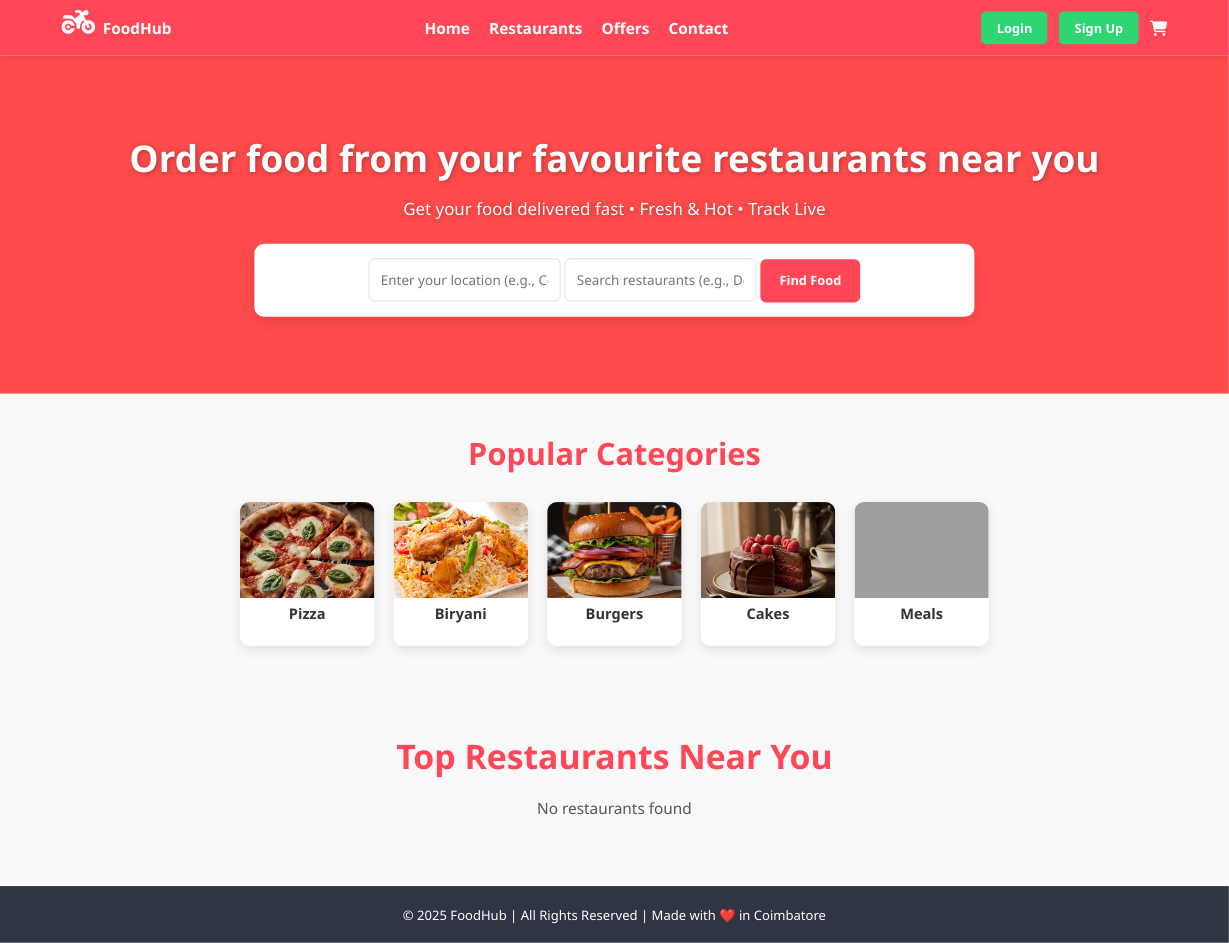
Repository: srinithiashoka/FoodDeliveryApp
Page: http://localhost/FoodDeliveryApp/home.jsp
An editor plug-in stored every save of this project. The page is shown before and after the next save, followed by the edit.
The browser window is 1280 px wide. The pictures show the whole page, at 96% of full size.
Pictures or frames that could not be fetched are drawn as grey boxes. The page is served by Tomcat 10. Other server files are loaded and not shown. Queries for data that is not in the repository find no rows.

Above is the page before, as saved 2025-12-03 09:54:14.

### FoodDeliveryApp/src/main/webapp/home.jsp
<%@ page language="java" contentType="text/html; charset=UTF-8" pageEncoding="UTF-8"%>
<%@ page import="java.util.List" %>
<%@ page import="com.foodapp.dao.RestaurantDAO" %>
<%@ page import="com.foodapp.dao.impl.RestaurantDAOImpl" %>
<%@ page import="com.foodapp.model.Restaurant" %>
<%@ page import="com.foodapp.model.User" %>

<%
    String location = request.getParameter("location");
    String restaurantName = request.getParameter("restaurant");
    boolean isSearchActive = (location != null && !location.trim().isEmpty()) || (restaurantName != null && !restaurantName.trim().isEmpty());

    RestaurantDAO dao = new RestaurantDAOImpl();
    List<Restaurant> restaurants;

    if (isSearchActive) {
        restaurants = dao.searchRestaurants(location, restaurantName);
    } else {
        restaurants = dao.getActiveRestaurants();
    }

    User user = (User) session.getAttribute("user");
    Integer cartCount = (Integer) session.getAttribute("cartCount");
    if (cartCount == null) cartCount = 0;
%>

<!DOCTYPE html>
<html lang="en">
<head>
    <meta charset="UTF-8">
    <meta name="viewport" content="width=device-width, initial-scale=1.0">
    <title>FoodHub - Food Delivery App | Coimbatore</title>
    <link rel="stylesheet" href="https://cdnjs.cloudflare.com/ajax/libs/font-awesome/6.5.0/css/all.min.css">
    <link rel="stylesheet" href="css/home.css">
</head>
<body>

<!-- NAVBAR -->
<header>
    <div class="container">
        <div class="navbar">
            <div class="logo">
                <i class="fa-solid fa-motorcycle scooter-icon"></i>
                <span>FoodHub</span>
            </div>

            <ul class="nav-menu">
                <li><a href="home.jsp">Home</a></li>
                <li><a href="#">Restaurants</a></li>
                <li><a href="#">Offers</a></li>
                <li><a href="#">Contact</a></li>
            </ul>

            <div class="nav-actions">
                <% if (user == null) { %>
                    <button class="btn btn-login" onclick="location.href='login.jsp'">Login</button>
                    <button class="btn btn-signup" onclick="location.href='signup.jsp'">Sign Up</button>
                <% } else { %>
                    <span>Welcome, <%= user.getUsername() %></span>
                <% } %>

                <div class="cart-icon-wrapper">
                    <a href="cart.jsp" title="View Cart (<%= cartCount %> items)">
                        <i class="fas fa-shopping-cart cart-icon"></i>
                    </a>
                    <% if (cartCount > 0) { %>
                        <span class="cart-badge"><%= cartCount %></span>
                    <% } %>
                </div>
            </div>
        </div>
    </div>
</header>

<!-- HERO SECTION -->
<section class="hero">
    <div class="container">
        <h1>Order food from your favourite restaurants near you</h1>
        <p>Get your food delivered fast • Fresh & Hot • Track Live</p>

        <!-- Search Card -->
        <div class="search-card">
            <form action="home.jsp" method="get" class="search-form">
                <input type="text" name="location" placeholder="Enter your location (e.g., Coimbatore)"
                       value="<%= location != null ? location : "" %>" class="search-input">
                <input type="text" name="restaurant" placeholder="Search restaurants (e.g., Domino's)"
                       value="<%= restaurantName != null ? restaurantName : "" %>" class="search-input">
                <button type="submit" class="search-btn">Find Food</button>
            </form>
        </div>
    </div>
</section>

<!-- CATEGORIES -->
<section class="categories">
    <div class="container">
        <h2>Popular Categories</h2>
        <div class="category-grid">
            <a href="home.jsp?restaurant=pizza" class="category-card">
                <img src="images/pizzas.jpg" alt="Pizza" loading="lazy">
                <p>Pizza</p>
            </a>
            <a href="home.jsp?restaurant=biryani" class="category-card">
                <img src="images/briyani.jpeg" alt="Biryani" loading="lazy">
                <p>Biryani</p>
            </a>
            <a href="home.jsp?restaurant=burger" class="category-card">
                <img src="images/burgers.jpg" alt="Burgers" loading="lazy">
                <p>Burgers</p>
            </a>
            <a href="home.jsp?restaurant=cake" class="category-card">
                <img src="images/cake.jpg" alt="Cakes" loading="lazy">
                <p>Cakes</p>
            </a>
            <a href="home.jsp?location=coimbatore" class="category-card">
                <img src="images/meals.jpeg" alt="Meals" loading="lazy">
                <p>Meals</p>
            </a>
        </div>
    </div>
</section>

<!-- RESTAURANTS -->
<section class="restaurants">
    <div class="container">
        <h2>
            <% if (location != null && !location.isEmpty()) { %>
                Restaurants in <%= location %>
            <% } else if (restaurantName != null && !restaurantName.isEmpty()) { %>
                Search Results for "<%= restaurantName %>"
            <% } else { %>
                Top Restaurants Near You
            <% } %>
        </h2>

        <div class="restaurant-grid">
            <% if (restaurants != null && !restaurants.isEmpty()) {
                for (Restaurant r : restaurants) { %>
                <a href="menu?action=byRestaurant&restaurantId=<%= r.getRestaurantId() %>" class="restaurant-card">
                    <% String imgPath = r.getImagePath();
                       if (imgPath == null || imgPath.isEmpty()) imgPath = "images/restaurants/default.jpg"; %>
                    <img src="<%= imgPath %>" alt="<%= r.getName() %>" loading="lazy">
                    <div class="restaurant-info">
                        <h3><%= r.getName() %></h3>
                        <div class="restaurant-meta">
                            <span><%= r.getCuisineType() %></span>
                            <span><%= r.getDeliveryTime() %></span>
                        </div>
                        <p><%= r.getAddress().length() > 50 ? r.getAddress().substring(0,50)+"..." : r.getAddress() %></p>
                    </div>
                </a>
            <% } } else { %>
                <p style="text-align:center; color:#555;">No restaurants found</p>
            <% } %>
        </div>
    </div>
</section>

<!-- FOOTER -->
<footer>
    <div class="container">
        <p>© 2025 FoodHub | All Rights Reserved | Made with ❤️ in Coimbatore</p>
    </div>
</footer>

</body>
</html>

### FoodDeliveryApp/src/main/java/com/foodapp/dao/RestaurantDAO.java
package com.foodapp.dao;

import java.util.List;
import com.foodapp.model.Restaurant;

public interface RestaurantDAO {
    boolean addRestaurant(Restaurant restaurant);
    boolean updateRestaurant(Restaurant restaurant);
    boolean deleteRestaurant(int restaurantId);
    Restaurant getRestaurantById(int restaurantId);
    List<Restaurant> getAllRestaurants();
    List<Restaurant> getActiveRestaurants();

    // ✅ New method for search
    List<Restaurant> searchRestaurants(String location, String name);
}

### FoodDeliveryApp/src/main/java/com/foodapp/dao/impl/RestaurantDAOImpl.java
package com.foodapp.dao.impl;

import com.foodapp.dao.RestaurantDAO;
import com.foodapp.model.Restaurant;
import com.foodapp.util.DBConnection;

import java.sql.*;
import java.util.ArrayList;
import java.util.List;

public class RestaurantDAOImpl implements RestaurantDAO {

    @Override
    public boolean addRestaurant(Restaurant r) {
        String sql = "INSERT INTO restaurants (name, cuisineType, deliveryTime, address, adminUserId, isActive, imagePath) VALUES (?, ?, ?, ?, ?, ?, ?)";
        try (Connection conn = DBConnection.getConnection();
             PreparedStatement ps = conn.prepareStatement(sql)) {
            ps.setString(1, r.getName());
            ps.setString(2, r.getCuisineType());
            ps.setString(3, r.getDeliveryTime());
            ps.setString(4, r.getAddress());
            ps.setInt(5, r.getAdminUserId());
            ps.setBoolean(6, r.isActive());
            ps.setString(7, r.getImagePath());
            return ps.executeUpdate() > 0;
        } catch (SQLException e) {
            e.printStackTrace();
        }
        return false;
    }

    @Override
    public boolean updateRestaurant(Restaurant r) {
        String sql = "UPDATE restaurants SET name=?, cuisineType=?, deliveryTime=?, address=?, adminUserId=?, isActive=?, imagePath=? WHERE restaurantId=?";
        try (Connection conn = DBConnection.getConnection();
             PreparedStatement ps = conn.prepareStatement(sql)) {
            ps.setString(1, r.getName());
            ps.setString(2, r.getCuisineType());
            ps.setString(3, r.getDeliveryTime());
            ps.setString(4, r.getAddress());
            ps.setInt(5, r.getAdminUserId());
            ps.setBoolean(6, r.isActive());
            ps.setString(7, r.getImagePath());
            ps.setInt(8, r.getRestaurantId());
            return ps.executeUpdate() > 0;
        } catch (SQLException e) {
            e.printStackTrace();
        }
        return false;
    }

    @Override
    public boolean deleteRestaurant(int restaurantId) {
        String sql = "DELETE FROM restaurants WHERE restaurantId=?";
        try (Connection conn = DBConnection.getConnection();
             PreparedStatement ps = conn.prepareStatement(sql)) {
            ps.setInt(1, restaurantId);
            return ps.executeUpdate() > 0;
        } catch (SQLException e) {
            e.printStackTrace();
        }
        return false;
    }

    @Override
    public Restaurant getRestaurantById(int restaurantId) {
        String sql = "SELECT * FROM restaurants WHERE restaurantId=?";
        try (Connection conn = DBConnection.getConnection();
             PreparedStatement ps = conn.prepareStatement(sql)) {
            ps.setInt(1, restaurantId);
            try (ResultSet rs = ps.executeQuery()) {
                if (rs.next()) {
                    return extractRestaurant(rs);
                }
            }
        } catch (SQLException e) {
            e.printStackTrace();
        }
        return null;
    }

    @Override
    public List<Restaurant> getAllRestaurants() {
        List<Restaurant> list = new ArrayList<>();
        String sql = "SELECT * FROM restaurants";
        try (Connection conn = DBConnection.getConnection();
             Statement st = conn.createStatement();
             ResultSet rs = st.executeQuery(sql)) {
            while (rs.next()) {
                list.add(extractRestaurant(rs));
            }
        } catch (SQLException e) {
            e.printStackTrace();
        }
        return list;
    }

    @Override
    public List<Restaurant> getActiveRestaurants() {
        List<Restaurant> list = new ArrayList<>();
        String sql = "SELECT * FROM restaurants WHERE isActive = TRUE";
        try (Connection conn = DBConnection.getConnection();
             Statement st = conn.createStatement();
             ResultSet rs = st.executeQuery(sql)) {
            while (rs.next()) {
                list.add(extractRestaurant(rs));
            }
        } catch (SQLException e) {
            e.printStackTrace();
        }
        return list;
    }

    private Restaurant extractRestaurant(ResultSet rs) throws SQLException {
        Restaurant r = new Restaurant();
        r.setRestaurantId(rs.getInt("restaurantId"));
        r.setName(rs.getString("name"));
        r.setCuisineType(rs.getString("cuisineType"));
        r.setDeliveryTime(rs.getString("deliveryTime"));
        r.setAddress(rs.getString("address"));
        r.setAdminUserId(rs.getInt("adminUserId"));
        r.setActive(rs.getBoolean("isActive"));
        r.setImagePath(rs.getString("imagePath"));
        return r;
    }

    @Override
    public List<Restaurant> searchRestaurants(String location, String name) {
        List<Restaurant> list = new ArrayList<>();
        String sql = "SELECT * FROM restaurants WHERE isActive = TRUE";

        if (location != null && !location.isEmpty()) {
            sql += " AND address LIKE ?";
        }
        if (name != null && !name.isEmpty()) {
            sql += " AND name LIKE ?";
        }

        try (Connection conn = DBConnection.getConnection();
             PreparedStatement ps = conn.prepareStatement(sql)) {

            int index = 1;
            if (location != null && !location.isEmpty()) {
                ps.setString(index++, "%" + location + "%");
            }
            if (name != null && !name.isEmpty()) {
                ps.setString(index++, "%" + name + "%");
            }

            try (ResultSet rs = ps.executeQuery()) {
                while (rs.next()) {
                    list.add(extractRestaurant(rs));
                }
            }

        } catch (SQLException e) {
            e.printStackTrace();
        }
        return list;
    }

    }

### FoodDeliveryApp/src/main/java/com/foodapp/util/DBConnection.java
package com.foodapp.util;

import java.sql.Connection;
import java.sql.DriverManager;
import java.sql.SQLException;

public class DBConnection {

    private static final String URL = "jdbc:mysql://localhost:3306/food_delivery?useSSL=false&serverTimezone=UTC";
    private static final String USER = "root";
    private static final String PASS = "root";

    static {
        try {
            Class.forName("com.mysql.cj.jdbc.Driver");
        } catch (ClassNotFoundException e) {
            e.printStackTrace();
        }
    }

    public static Connection getConnection() throws SQLException {
        return DriverManager.getConnection(URL, USER, PASS);
    }
}

### FoodDeliveryApp/src/main/webapp/css/home.css
/* RESET & GENERAL */
* { margin:0; padding:0; box-sizing:border-box; font-family:"Segoe UI",Tahoma,Geneva,Verdana,sans-serif;}
a {text-decoration:none;color:inherit;}
body {background:#f9f9f9;color:#333;}
.container {width:90%;max-width:1200px;margin:auto;}

/* HEADER */
header {background:#ff4757;padding:12px 0;color:white;position:sticky;top:0;z-index:100;box-shadow:0 2px 5px rgba(0,0,0,0.1);}
.navbar {display:flex;justify-content:space-between;align-items:center;}
.logo {display:flex;align-items:center;gap:8px;font-weight:700;transition: transform 0.5s ease,color 0.5s ease;}
.logo:hover {transform:rotate(-5deg) scale(1.05);color:#ffeaa7;}
.scooter-icon {font-size:28px;animation:bounce 2s infinite;color:white;}
@keyframes bounce {0%,100%{transform:translateY(0);}50%{transform:translateY(-6px);}}
.nav-menu {display:flex;list-style:none;gap:20px;}
.nav-menu li a {font-weight:bold;color:white;transition:color 0.3s;}
.nav-menu li a:hover {color:#ffeaa7;}
.nav-actions {display:flex;align-items:center;gap:12px;}
.btn {padding:8px 16px;border:none;border-radius:5px;cursor:pointer;font-weight:bold;transition: background 0.3s, transform 0.2s;}
.btn-login, .btn-signup {background:#2ed573;color:white;}
.btn-login:hover, .btn-signup:hover {background:#26c35e;transform:scale(1.05);}
.cart-icon-wrapper {position:relative;}
.cart-badge {position:absolute;top:-5px;right:-7px;background:#ff4757;color:white;font-size:12px;padding:2px 6px;border-radius:50%;}

/* HERO */
.hero {background:#ff4b4b;color:white;text-align:center;padding:80px 20px 60px 20px;border-radius:0;}
.hero h1 {font-size:2.4rem;margin-bottom:15px;text-shadow:1px 1px 6px rgba(0,0,0,0.3);}
.hero p {font-size:1.1rem;margin-bottom:25px;text-shadow:1px 1px 5px rgba(0,0,0,0.3);}

/* SEARCH CARD */
.search-card {background:white;padding:15px;display:flex;justify-content:center;align-items:center;gap:10px;max-width:750px;margin:20px auto;box-shadow:0 6px 15px rgba(0,0,0,0.1);border-radius:10px;}
.search-input {padding:12px;border:1px solid #ddd;background:#fff;font-size:14px;width:200px;height:45px;border-radius:6px;outline:none;}
.search-btn {padding:12px 20px;background:#ff4757;color:white;border:none;font-weight:bold;cursor:pointer;height:45px;border-radius:6px;transition:0.3s;}
.search-btn:hover {background:#e03c4c;}

/* CATEGORIES */
.categories {padding:40px 0;}
.categories h2 {text-align:center;margin-bottom:30px;font-size:2rem;color:#ff4757;}
.category-grid {display:flex;flex-wrap:wrap;justify-content:center;gap:20px;}
.category-card {background:white;border-radius:10px;width:140px;height:150px;display:flex;flex-direction:column;align-items:center;justify-content:flex-start;box-shadow:0 4px 12px rgba(0,0,0,0.1);cursor:pointer;transition:transform 0.3s, box-shadow 0.3s;}
.category-card:hover {transform:translateY(-6px);box-shadow:0 8px 18px rgba(0,0,0,0.15);}
.category-card img {width:100%;height:100px;object-fit:cover;border-radius:10px 10px 0 0;}
.category-card p {margin:6px 0;font-weight:600;font-size:0.95rem;}

/* RESTAURANTS */
.restaurants {padding:30px 0;}
.restaurants h2 {text-align:center;margin:20px 0 20px 0;font-size:2.2rem;font-weight:700;color:#ff4757;}
.restaurant-grid {display:flex;flex-wrap:wrap;justify-content:center;gap:20px;}
.restaurant-card {background:white;width:240px;border-radius:10px;overflow:hidden;box-shadow:0 4px 15px rgba(0,0,0,0.1);transition:transform 0.3s, box-shadow 0.3s;cursor:pointer;}
.restaurant-card:hover {transform:translateY(-6px);box-shadow:0 10px 22px rgba(0,0,0,0.15);}
.restaurant-card img {width:100%;height:150px;object-fit:cover;}
.restaurant-info {padding:15px;}
.restaurant-info h3 {margin:0 0 6px 0;font-size:1.15rem;}
.restaurant-meta {display:flex;justify-content:space-between;font-size:0.85rem;color:#555;margin-bottom:6px;}
.restaurant-info p {margin:2px 0;font-size:0.9rem;}

/* FOOTER */
footer {background:#2f3542;color:white;text-align:center;padding:20px 0;margin-top:40px;font-size:0.85rem;}

/* RESPONSIVE */
@media(max-width:768px){.nav-menu{display:none;}.search-card{flex-direction:column;}.search-input{width:90%;}.search-btn{width:90%;}.category-card,.restaurant-card{width:48%;}}
@media(max-width:480px){.category-card,.restaurant-card{width:90%;}.hero h1{font-size:1.8rem;}.hero p{font-size:0.95rem;}}

After the next save:
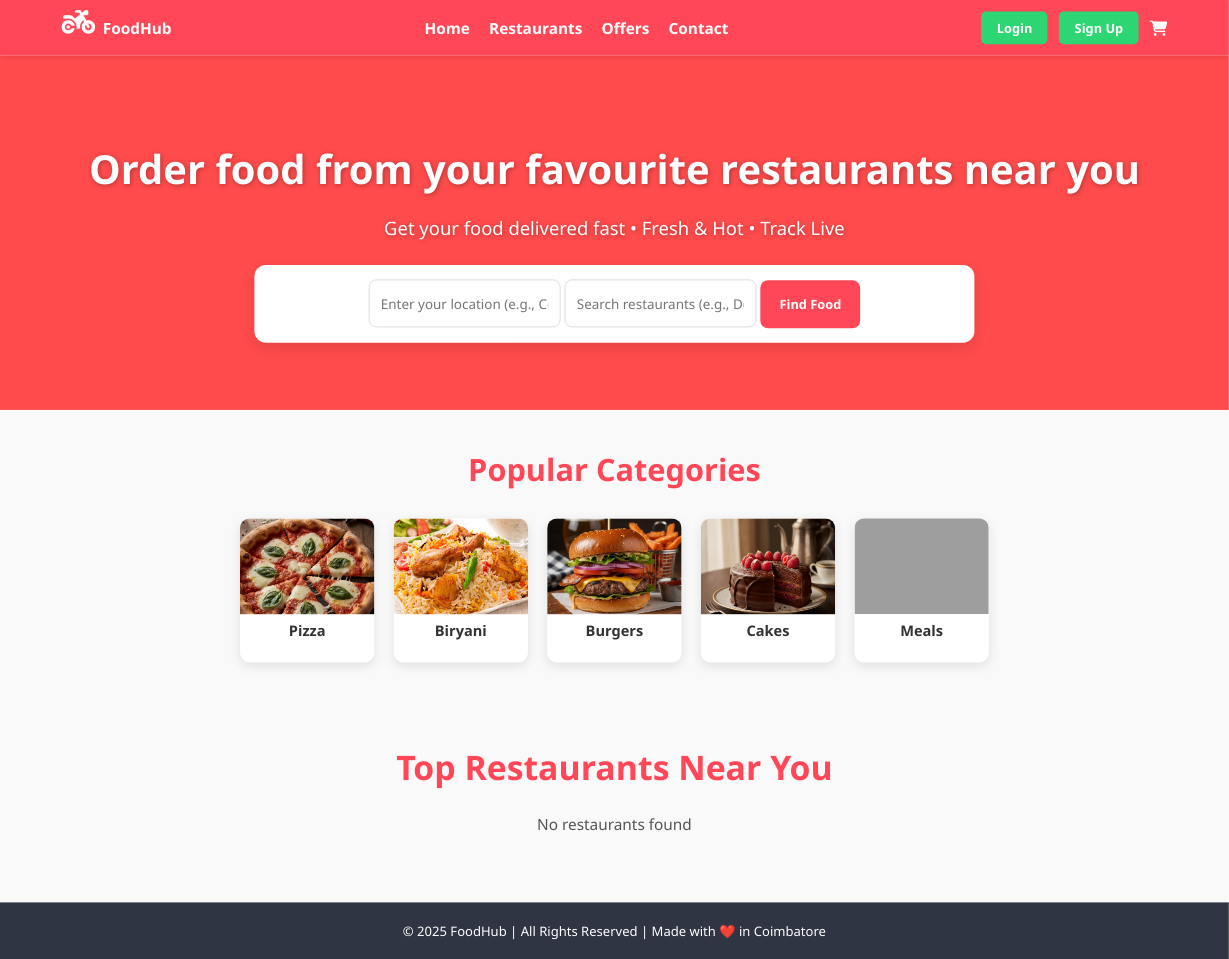
Saved 2 min 15 s later.
--- a/FoodDeliveryApp/src/main/webapp/css/home.css
+++ b/FoodDeliveryApp/src/main/webapp/css/home.css
@@ -1,5 +1,5 @@
 /* RESET & GENERAL */
-* { margin:0; padding:0; box-sizing:border-box; font-family:"Segoe UI",Tahoma,Geneva,Verdana,sans-serif;}
+* {margin:0;padding:0;box-sizing:border-box;font-family:"Segoe UI",Tahoma,Geneva,Verdana,sans-serif;}
 a {text-decoration:none;color:inherit;}
 body {background:#f9f9f9;color:#333;}
 .container {width:90%;max-width:1200px;margin:auto;}
@@ -22,15 +22,18 @@ header {background:#ff4757;padding:12px 0;color:white;position:sticky;top:0;z-in
 .cart-badge {position:absolute;top:-5px;right:-7px;background:#ff4757;color:white;font-size:12px;padding:2px 6px;border-radius:50%;}
 
 /* HERO */
-.hero {background:#ff4b4b;color:white;text-align:center;padding:80px 20px 60px 20px;border-radius:0;}
-.hero h1 {font-size:2.4rem;margin-bottom:15px;text-shadow:1px 1px 6px rgba(0,0,0,0.3);}
-.hero p {font-size:1.1rem;margin-bottom:25px;text-shadow:1px 1px 5px rgba(0,0,0,0.3);}
+.hero {background:#ff4b4b;color:white;text-align:center;padding:90px 20px 50px 20px;border-radius:0;}
+.hero h1 {font-size:2.6rem;margin-bottom:20px;text-shadow:1px 1px 6px rgba(0,0,0,0.3);animation:heroFade 1s ease-out forwards;}
+.hero p {font-size:1.2rem;margin-bottom:25px;text-shadow:1px 1px 5px rgba(0,0,0,0.3);}
+@keyframes heroFade {0%{opacity:0;transform:translateY(-20px);}100%{opacity:1;transform:translateY(0);}}
 
 /* SEARCH CARD */
-.search-card {background:white;padding:15px;display:flex;justify-content:center;align-items:center;gap:10px;max-width:750px;margin:20px auto;box-shadow:0 6px 15px rgba(0,0,0,0.1);border-radius:10px;}
-.search-input {padding:12px;border:1px solid #ddd;background:#fff;font-size:14px;width:200px;height:45px;border-radius:6px;outline:none;}
-.search-btn {padding:12px 20px;background:#ff4757;color:white;border:none;font-weight:bold;cursor:pointer;height:45px;border-radius:6px;transition:0.3s;}
-.search-btn:hover {background:#e03c4c;}
+.search-card {background:white;padding:15px;display:flex;justify-content:center;align-items:center;gap:10px;max-width:750px;margin:20px auto;box-shadow:0 6px 15px rgba(0,0,0,0.1);border-radius:12px;animation:searchCardFade 0.8s ease-out;}
+@keyframes searchCardFade {0%{opacity:0;transform:translateY(20px);}100%{opacity:1;transform:translateY(0);}}
+.search-input {padding:12px;border:1px solid #ddd;background:#fff;font-size:14px;width:200px;height:50px;border-radius:8px;outline:none;transition:0.3s;}
+.search-input:hover {border-color:#ff4757;box-shadow:0 2px 6px rgba(255,71,87,0.3);}
+.search-btn {padding:12px 20px;background:#ff4757;color:white;border:none;font-weight:bold;cursor:pointer;height:50px;border-radius:8px;transition:0.3s;}
+.search-btn:hover {background:#e03c4c;transform:scale(1.03);}
 
 /* CATEGORIES */
 .categories {padding:40px 0;}
@@ -43,7 +46,8 @@ header {background:#ff4757;padding:12px 0;color:white;position:sticky;top:0;z-in
 
 /* RESTAURANTS */
 .restaurants {padding:30px 0;}
-.restaurants h2 {text-align:center;margin:20px 0 20px 0;font-size:2.2rem;font-weight:700;color:#ff4757;}
+.restaurants h2 {text-align:center;margin:15px 0 25px 0;font-size:2.2rem;font-weight:700;color:#ff4757;opacity:0;animation:fadeInTitle 1s forwards;}
+@keyframes fadeInTitle {from{opacity:0;transform:translateY(15px);}to{opacity:1;transform:translateY(0);}}
 .restaurant-grid {display:flex;flex-wrap:wrap;justify-content:center;gap:20px;}
 .restaurant-card {background:white;width:240px;border-radius:10px;overflow:hidden;box-shadow:0 4px 15px rgba(0,0,0,0.1);transition:transform 0.3s, box-shadow 0.3s;cursor:pointer;}
 .restaurant-card:hover {transform:translateY(-6px);box-shadow:0 10px 22px rgba(0,0,0,0.15);}
